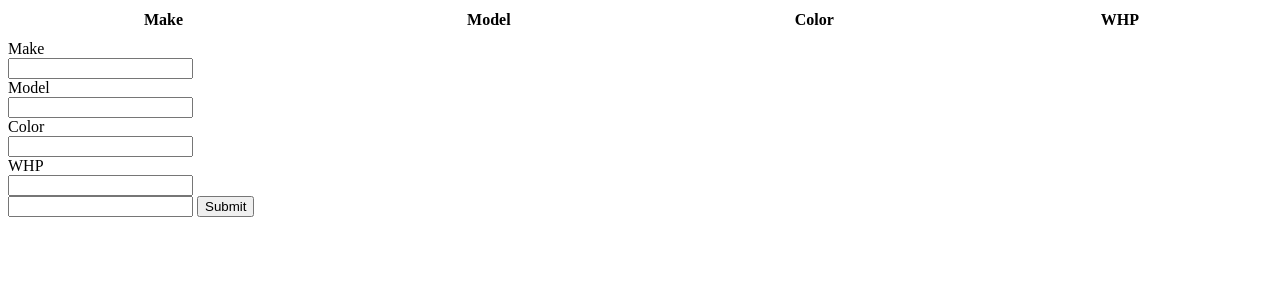
Repository: dburn22/eventTracker
Page: GarageRest/WebContent/garageIndex.html
The author's editor kept a copy of each file at every save. The page is drawn from the files as they stood at one save, then again after the next save.
The browser window is 1280 px wide. The pictures show the whole page.
The page's requests for data from a server got no answer. Some web libraries are served in a nearby version.

Above is the page before, as saved 2017-04-22 16:52:04.

After the next save:
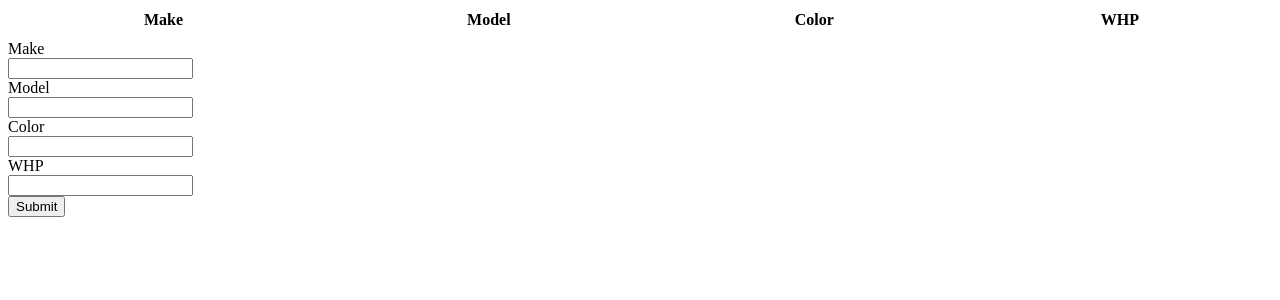
Saved 23 s later.
--- a/GarageRest/WebContent/garageIndex.html
+++ b/GarageRest/WebContent/garageIndex.html
@@ -39,8 +39,6 @@
     WHP<br>
     <input type="text" name="whp">
     <br>
-
-    <input type="text" name="description">
     <input id= "butt1" type="submit" value="Submit">
   </form>
 
